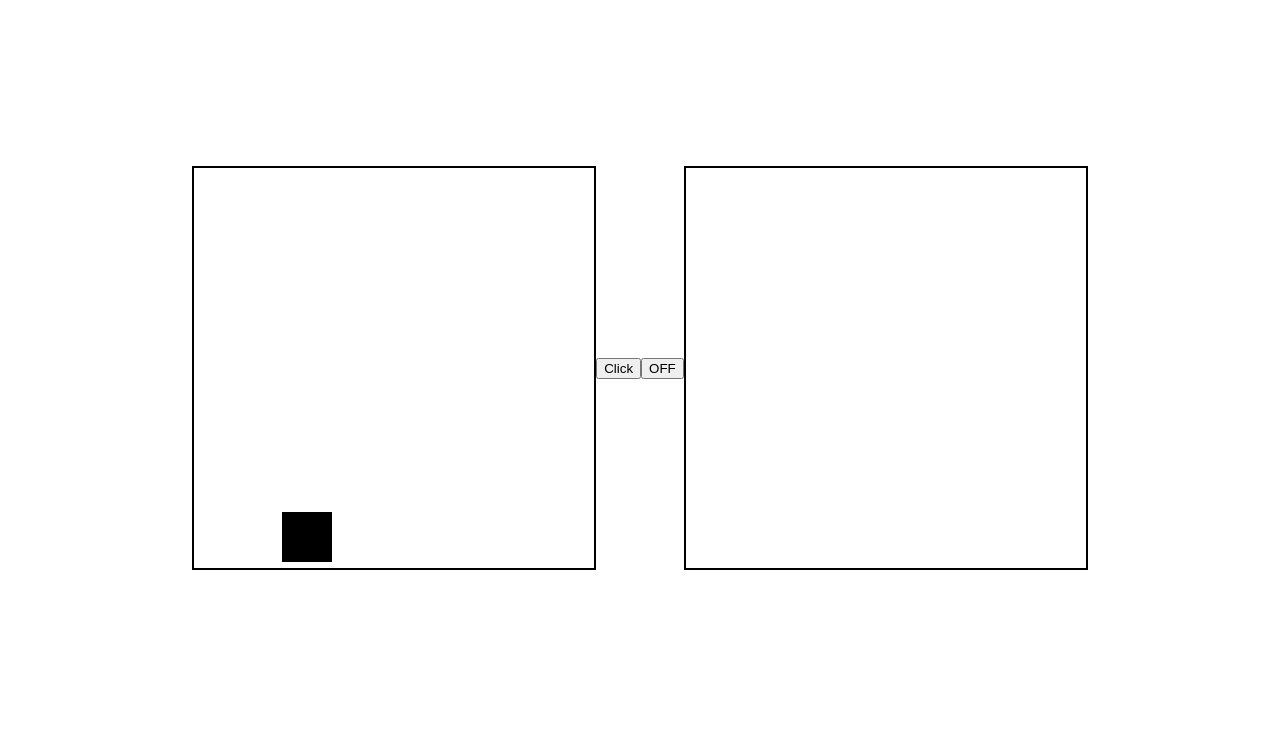
Repository: dmpelaez/photoBoothy
Page: Photobooth.html
These files come from the project's save history. The page is drawn as it stood at one moment and after a run of saves; the edit follows.
The browser window is 1280 px wide. The pictures show the whole page.

Above is the page before, as saved 2025-12-16 20:58:56.

### Photobooth.html
<!DOCTYPE html>

  <html>

    <head>

      <title>Photobooth</title>

      <link rel="stylesheet" href="Photobooth.css">
    </head>
    <body>
      <div class="timer"></div>
      <video autoplay id="video"></video>
      <button id="photo-btn" >Click</button>
      <button id="btn-toggle">OFF</button>
      <canvas id="canvas-image"></canvas>
      <script src="Photobooth.js"></script>
    </body>

  </html>

### Photobooth.css
body {
  display: Flex;
  align-items: center;
  justify-content: center;
  HEIGHT: 100VH;
  flex-direction: row;
}
#video,
#canvas-image {
  border: 2px solid black;
  height: 400px;
  width: 400px;
}
.timer {
display: initial;
 background: black;
  height: 50px;
  width: 50px;
  color: white;
  display: flex;
  align-items: center;
  justify-content: center;
  position: absolute;
  left: 22%;
  bottom: 22%;
}

.timerPhoto {
  background: black;
  height: 50px;
  width: 50px;
  color: white;
  display: flex;
  align-items: center;
  justify-content: center;
}

### Photobooth.js
//To make the video appear in html
//I use <video></video> html element
const video = document.getElementById('video');
//canvas element is where the photos will appear
const canvas = document.getElementById('canvas-image');
const btn = document.getElementById('photo-btn');
//I set the canvas into 2d to get the copy
//of the photo taken
const context = canvas.getContext('2d');


//I use navigator.mediDevices.getUsermedia
//to get access on the camera by allowing the
//video and use it to assigned as value of
//video element

///-----------------------------------------------------------------///
//Default value false
let isVideo = false;


//This is a btn for on and off to the camera
document.getElementById('btn-toggle')
.addEventListener('click', () => {

  //Condition where it looks for the opposite
  //value of isVideo by using NOT operator
  //which will result to having a value of TRUE
  if (!isVideo) {
  //once it becomes true
  //navigator.mediaDevices.getUserMedia will activate
  //and the access to video will open
  navigator.mediaDevices.getUserMedia({video: true})
  .then((stream) => {
  //access to camera
  video.srcObject = stream;
  //btn ON
   document.getElementById('btn-toggle').innerHTML = 'ON';
   //Value was change to true
   //so once the btn is click again
   //the else if is the one that will be open
     isVideo = true;

  });
} else if (isVideo) {
  //access to camera again
 navigator.mediaDevices.getUserMedia({video: true})
  .then((stream) => {
    //To stop the camera access
    stream.getTracks().forEach(track => track.stop());
    //To stop the webcam light we need to track all
    //the access video.srcObject have
    for (const track of video.srcObject.getTracks()) {
      track.stop();
    }
    //no value
    stream = null;
    //no value
   video.srcObject = null;
   //Display btn as OFF
   document.getElementById('btn-toggle').innerHTML = 'OFF';
   //Value is changed to false
   isVideo = false;

  })

}
console.log(isVideo);
});

///------------------------------------------------------------///
//capturePhoto is a function where
// the canvas width and height have the
// values of videos'
//and context.drawImage capture everything
//and replicate the videos into photo
//and before that we change its value
//to the canvas.getContext('2d')
function capturePhoto() {
  //the value canvas width and height
  // is the same as the video width and height;
  canvas.width = video.videoWidth;
  canvas.height = video.videoHeight;

  //
  context.drawImage(video, 0, 0, canvas.width, canvas.height);
}

///------------------------------------------------------------------------///
//btn for camera to capture
btn.addEventListener('click', () => {
//Finally after minutes of thinking how
//to activate the timer if the camera is open

//This will only activate if the isVideo value
// is true but its default value stop it from triggering
//the settimer() because it didn't meet the condition
if (isVideo === true) {
settimer();

}
})

document.body.addEventListener('keydown', (event) => {
  if (event.code === 'Space') {
    if (isVideo === true) {
      settimer();
  }
 }
})

///-----------------------------------------------------------------////
//Timer default setTime
let timer = 5;

//This is timer function
// where after five seconds
//it will capture a picture
function settimer() {
  //Display
  document.querySelector('.timer').innerHTML = timer;
  const timer2 =  document.querySelector('.timer');
  //if statement condition where if
  //the timer is greater than 0 then it will
  //activate the specific function
  if (timer > 0) {
    timer --;
    //setTimeout is updating the settimer function every
    // one second to update the display number
    setTimeout(settimer, 1000);
    //added a new class to design the timer
    timer2.classList.add("timerPhoto");
  } else {
    //after 0 the else will run this part of function
    // where capturePhoto(); is activated
    //timer goes back to default and display it
    //but remove the design in the webpage
    capturePhoto();
    timer = 5;
   timer2.innerHTML = timer;
   timer2.classList.remove("timerPhoto");
  }
}

After the next 4 saves:
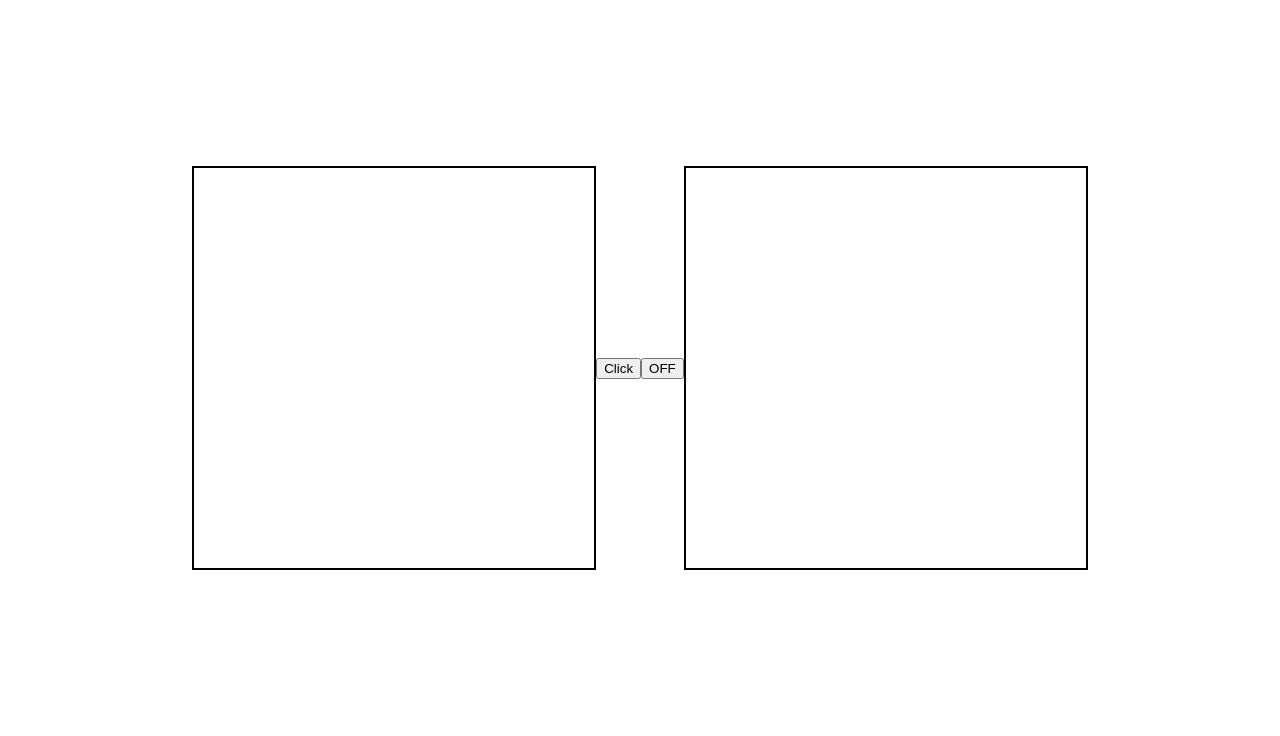
The 4 saves are shown as one change because they came seconds apart.
The last was saved 11 s later.
--- a/Photobooth.css
+++ b/Photobooth.css
@@ -22,7 +22,7 @@ display: initial;
   justify-content: center;
   position: absolute;
   left: 22%;
-  bottom: 22%;
+  bottom: 100%;
 }
 
 .timerPhoto {
